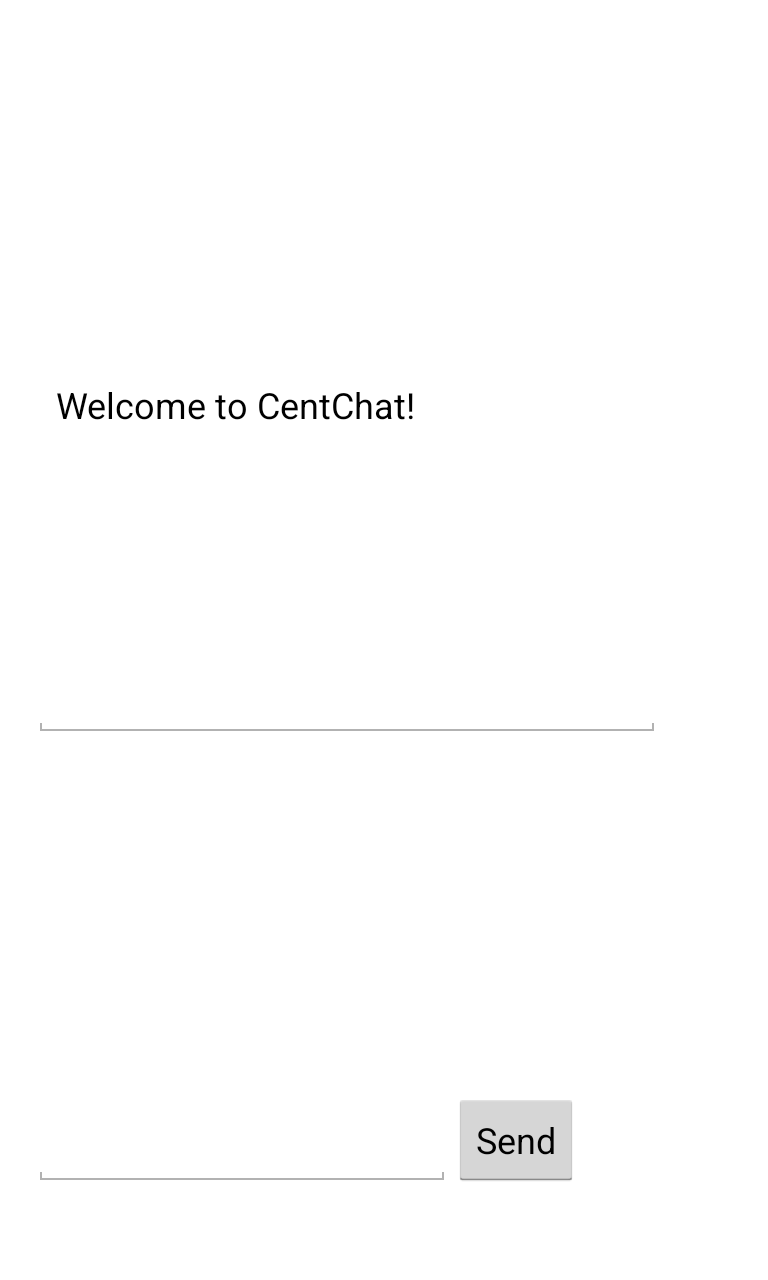
Repository: emeryduh/AndroidProject
Layout: client/TeamJonesProject/res/layout/activity_main.xml
The author's editor kept a copy of each file at every save. The layout is drawn from the files as they stood at one save, then again after the next save.
It is drawn on a 768 x 1280 px phone screen (xhdpi) without system bars, with theme AppTheme; the app's code is not run. The app's manifest (not shown) leaves right-to-left support off. So textAlignment, textDirection and layoutDirection are ignored, and left and right values win over start and end ones.

Above is the layout before, as saved 2014-09-23 22:55:22.

After the next save:
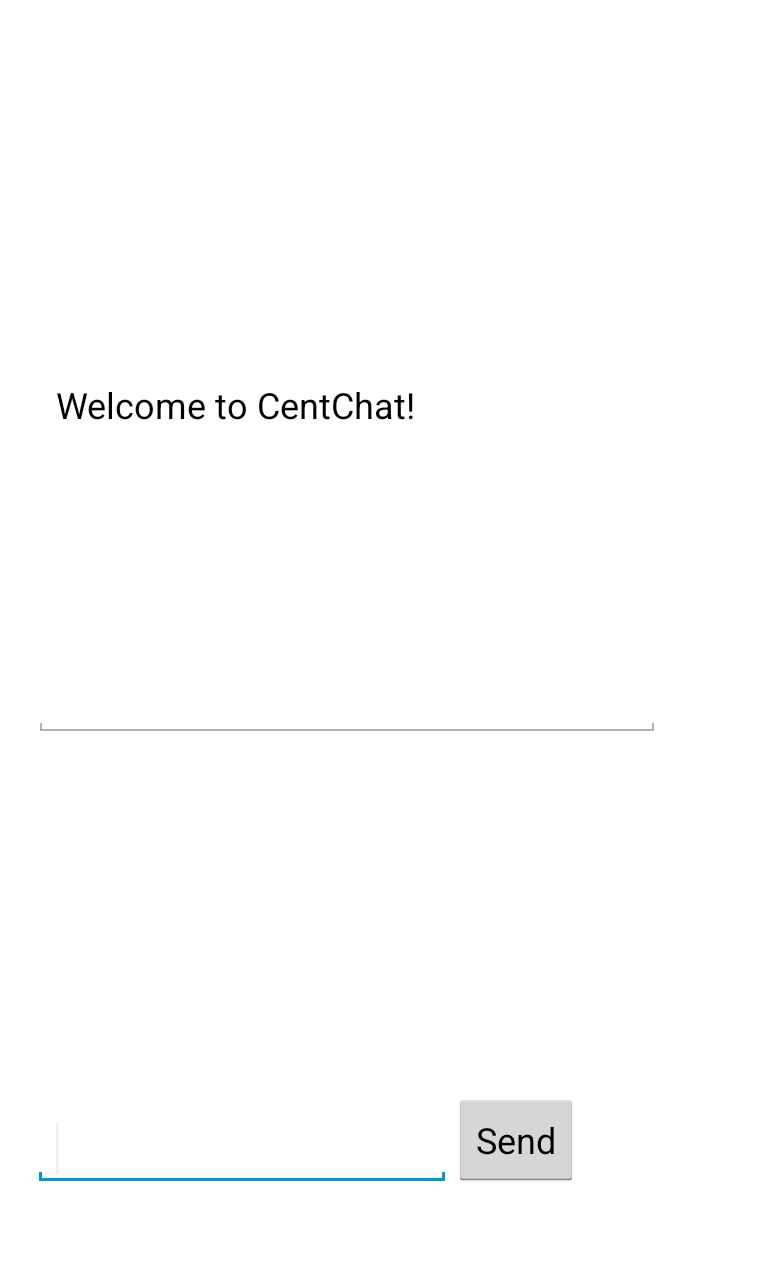
Saved 70 s later.
--- a/client/TeamJonesProject/res/layout/activity_main.xml
+++ b/client/TeamJonesProject/res/layout/activity_main.xml
@@ -15,8 +15,10 @@
         android:layout_alignParentBottom="true"
         android:layout_alignParentStart="true"
         android:layout_marginBottom="30dp"
-        android:ems="10" />
+        android:ems="10" >
 
+        <requestFocus />
+        </EditText>
     <Button
         android:id="@+id/btnSend"
         android:layout_width="wrap_content"
@@ -45,7 +47,6 @@
         android:scrollHorizontally="false"
         android:text="@string/default_text" >
 
-        <requestFocus />
     </EditText>
 
 </RelativeLayout>
